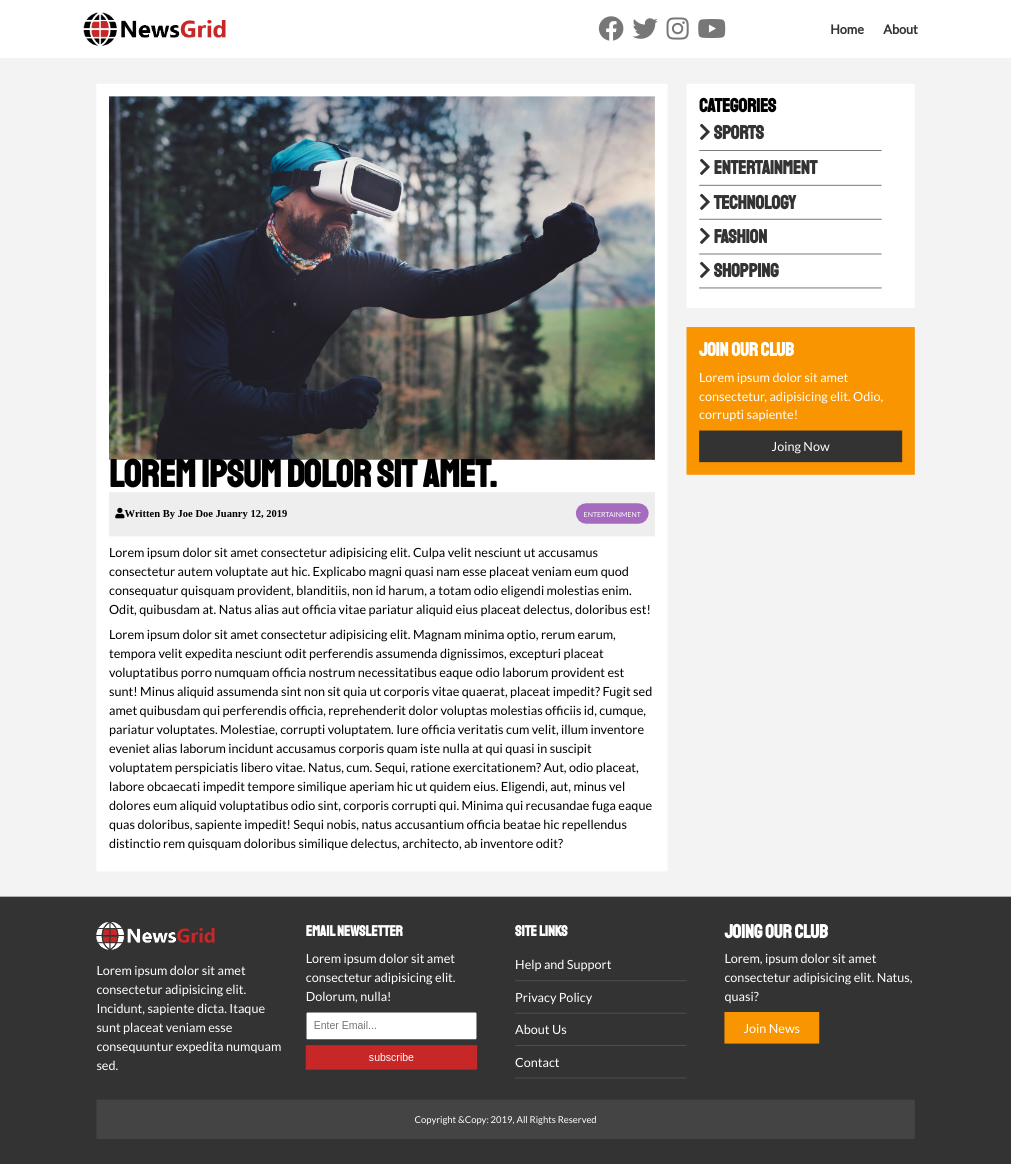
Repository: EswinGiova/NewsGrid
Page: article.html
The author's editor kept a copy of each file at every save. The page is drawn from the files as they stood at one save, then again after the next save.
The browser window is 1280 px wide. The pictures show the whole page, at 79% of full size.
Some web libraries are served in a nearby version.

Above is the page before, as saved 2020-09-21 17:50:09.

After the next save:
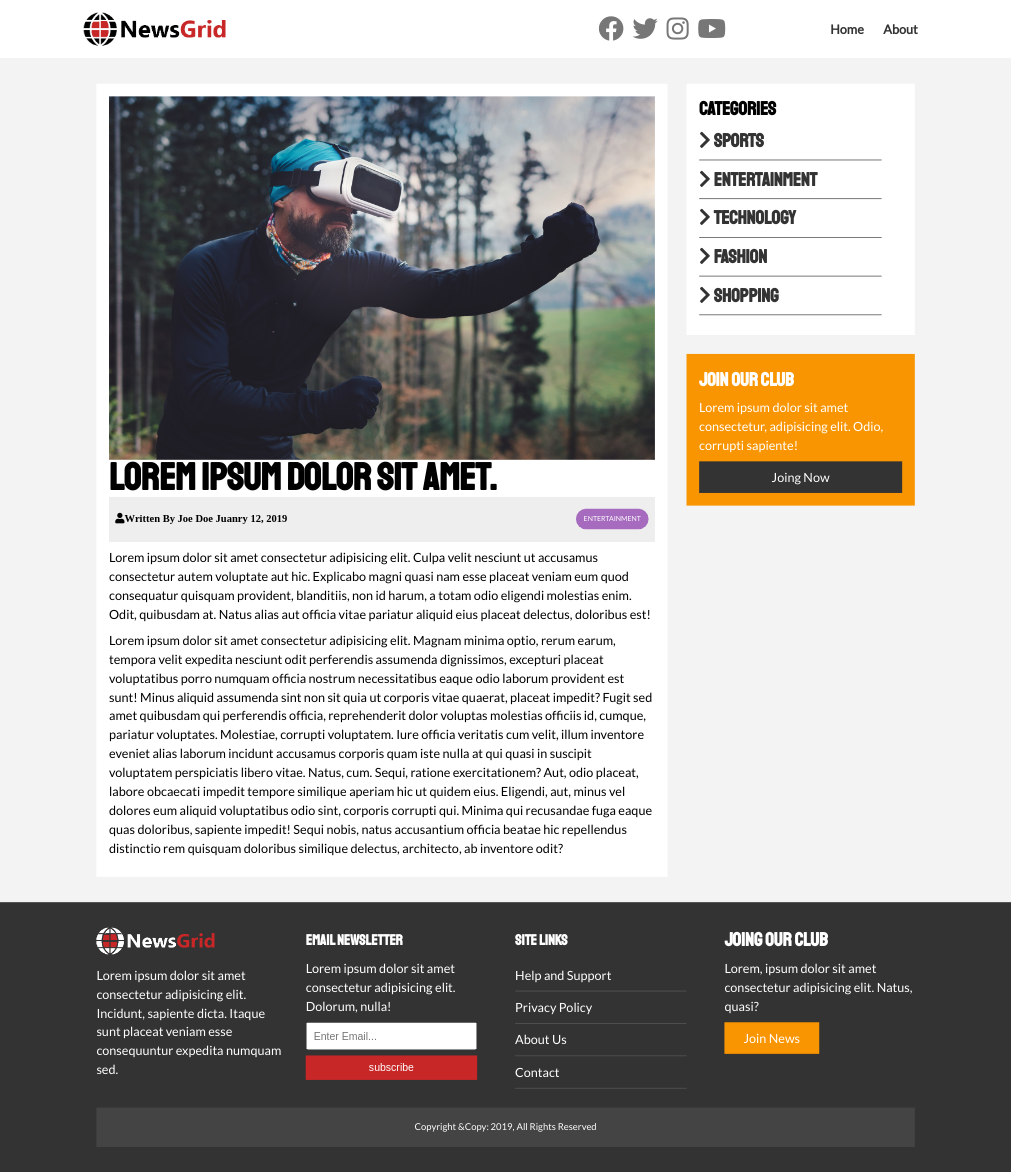
Saved 5 s later.
--- a/css/style.css
+++ b/css/style.css
@@ -46,7 +46,7 @@ h5,
 h6 {
   font-family: 'Staatliches', cursive;
   margin-bottom: 0.55rem;
-  line-height: 1.6rem;
+  line-height: 2rem;
 }
 
 /*  utility class */
